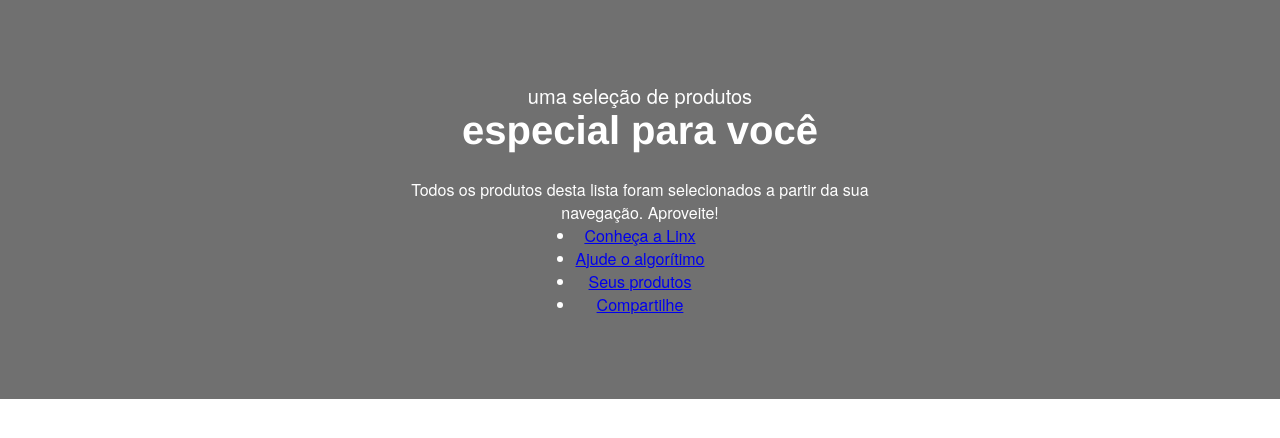
Repository: danielpellicano/front-end-developer-test-linx-2020
Page: index.html
The author's editor kept a copy of each file at every save. The page is drawn from the files as they stood at one save, then again after the next save.
The browser window is 1280 px wide. The pictures show the whole page.
Some web fonts or font styles are not loaded; a fallback is used.

Above is the page before, as saved 2020-09-01 12:14:06.

### index.html
<!DOCTYPE html>
<html lang="en">

<head>
    <meta charset="UTF-8">
    <meta name="viewport" content="width=device-width, initial-scale=1.0">
    <title>Linx Test Front End</title>
    <link rel="stylesheet" href="css/style.css">
    <link rel="stylesheet" href="css/responsive.css">
    <link rel="stylesheet" href="js/script.js">

</head>

<body>

    <!-- Header -->
    <header id="header">
        <div class="container">
            <h1>uma seleção de produtos</h1>
            <h2>especial para você</h2>
            <p>Todos os produtos desta lista foram selecionados a partir da sua navegação. Aproveite!</p>
            <!-- Main Menu -->
            <nav>
                <ul>
                    <li><a href="#">Conheça a Linx</a></li>
                    <li><a href="#">Ajude o algorítimo</a></li>
                    <li><a href="#">Seus produtos</a></li>
                    <li><a href="#">Compartilhe</a></li>
                </ul>
            </nav>
            <!-- .Main Menu -->
        </div>
    </header>
    <!-- .Header -->

</body>

</html>

### css/style.css
/* Import Fonts */

@font-face {
    font-family: 'Helvetica Neue';
    src: url('../fonts/HelveticaNeue.eot');
    src: url('../fonts/HelveticaNeue.eot?#iefix') format('embedded-opentype'), url('../fonts/HelveticaNeue.woff2') format('woff2'), url('../fonts/HelveticaNeue.woff') format('woff'), url('../fonts/HelveticaNeue.ttf') format('truetype');
    font-weight: normal;
    font-style: normal;
}

@font-face {
    font-family: 'Helvetica Neue Bold';
    src: url('../fonts/HelveticaNeue-Bold.eot');
    src: url('../fonts/HelveticaNeue-Bold.eot?#iefix') format('embedded-opentype'), url('../fonts/HelveticaNeue-Bold.woff2') format('woff2'), url('../fonts/HelveticaNeue-Bold.woff') format('woff'), url('../fonts/HelveticaNeue-Bold.ttf') format('truetype');
    font-weight: bold;
    font-style: normal;
}


/* css Reset */

html,
body,
div,
span,
iframe,
h1,
h2,
h3,
h4,
h5,
h6,
p,
blockquote,
pre,
a,
img,
strong,
b,
u,
i,
ul,
li,
fieldset,
form,
label,
legend,
table,
caption,
tbody,
tfoot,
thead,
tr,
th,
td,
article,
aside,
canvas,
details,
embed,
figure,
figcaption,
footer,
header,
hgroup,
menu,
nav,
output,
ruby,
section,
summary,
time,
mark,
audio,
video {
    margin: 0;
    padding: 0;
    border: 0;
    font-size: 100%;
    font: inherit;
    vertical-align: baseline;
}


/* CSS General */

body {
    font-family: 'Helvetica Neue';
}

.container {
    width: 100%;
    padding-right: 15px;
    padding-left: 15px;
    margin-right: auto;
    margin-left: auto;
}


/* Header */

#header {
    position: relative;
    min-height: 399px;
    background: #707070;
    display: flex;
    align-items: center;
    color: #fff;
}


/*#header:after {
    content: '';
    background: #707070;
    width: 100%;
    height: 100%;
    position: absolute;
    height: 399px;
}*/

#header .container {
    display: flex;
    flex-direction: column;
    align-items: center;
    justify-content: center;
    height: 100%;
    text-align: center;
}

#header h1 {
    font-size: 20px;
    line-height: 24px;
    margin-bottom: 0;
}

#header h2 {
    font-size: 40px;
    font-weight: bold;
    margin-bottom: 25px;
}

### css/responsive.css
@media (min-width: 1200px) {
    .container {
        max-width: 1140px;
    }
}

@media (min-width: 992px) {
    .container {
        max-width: 960px;
    }
}

@media (min-width: 768px) {
    .container {
        max-width: 720px;
    }
}

@media (min-width: 576px) {
    .container {
        max-width: 540px;
    }
}

Loaded but not shown: js/script.js (no stored copy; drawn as an empty file)

After the next save:
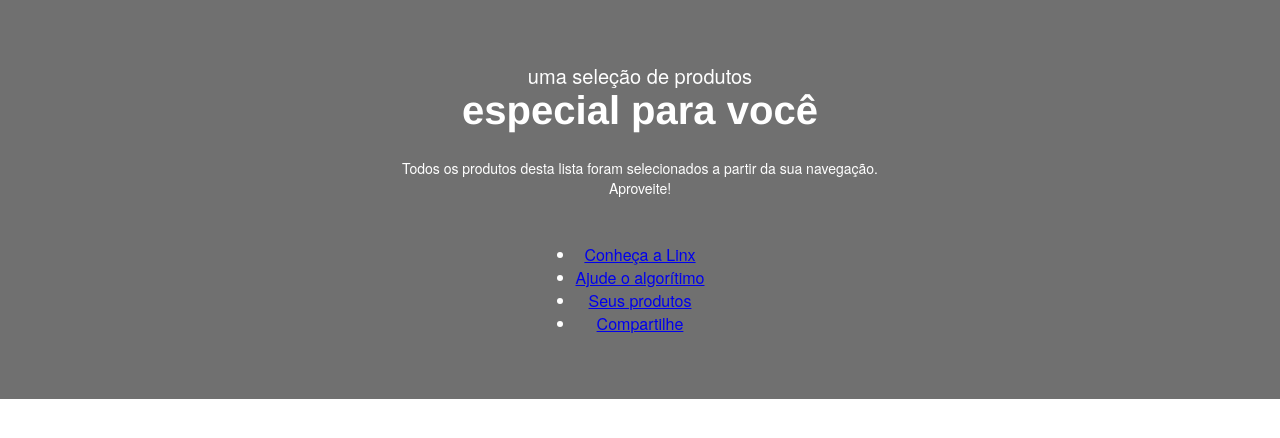
Saved 17 s later.
--- a/css/style.css
+++ b/css/style.css
@@ -138,3 +138,8 @@ body {
     font-weight: bold;
     margin-bottom: 25px;
 }
+
+#header p {
+    font-size: 14px;
+    margin-bottom: 45px;
+}
